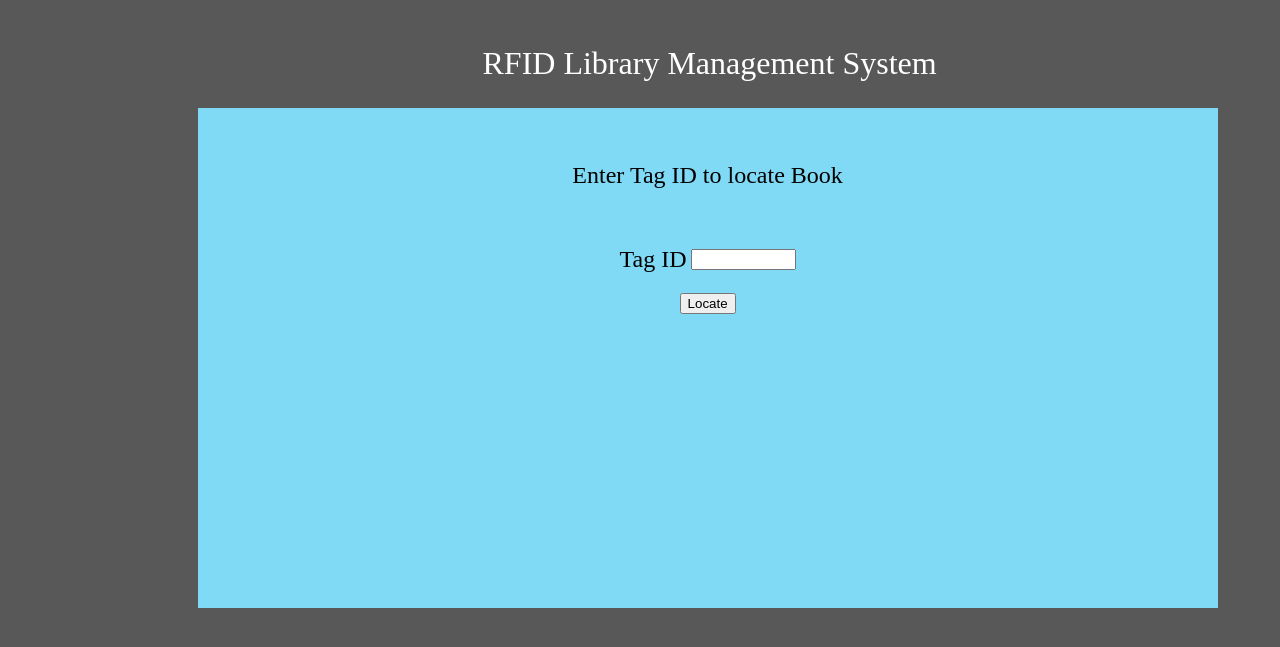
Repository: vigineshs/A-Smart-Data-Analyzer-for-Library-Management-System
Page: http://localhost/librarymgmt/locate.jsp
The author's editor kept a copy of each file at every save. The page is drawn from the files as they stood at one save, then again after the next save.
The browser window is 1280 px wide. The pictures show the whole page.
The page is served by Tomcat 9.

Above is the page before, as saved 2013-02-10 12:14:08.

After the next save:
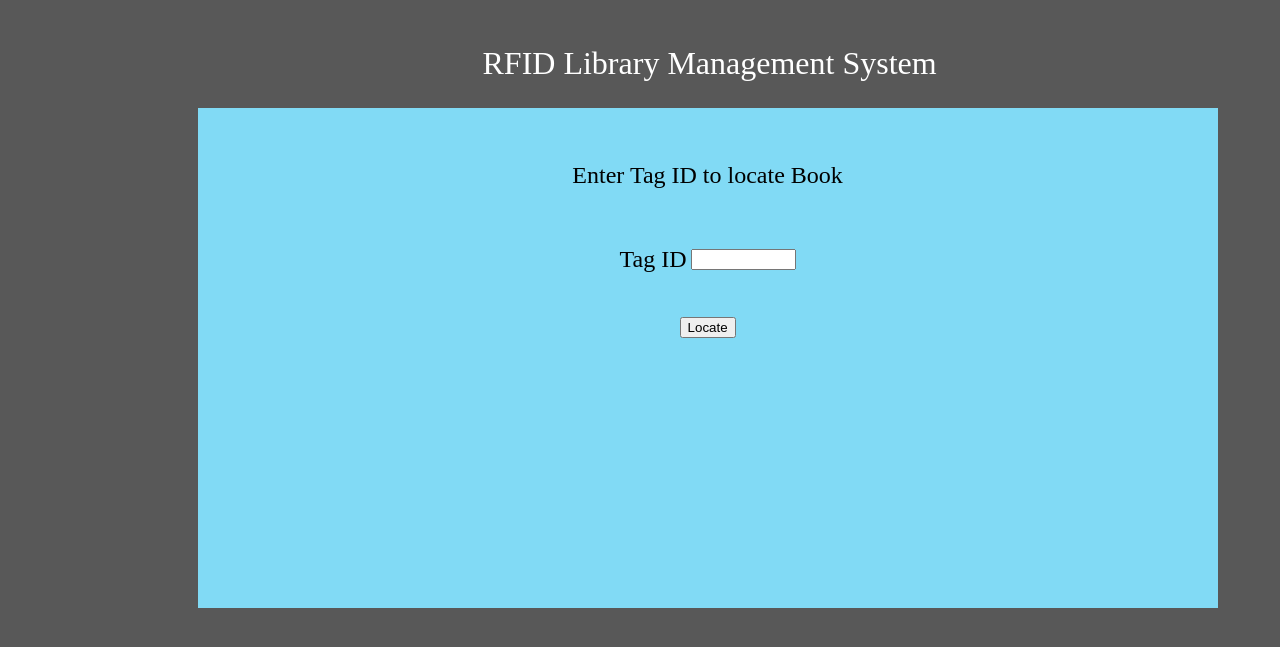
Saved 8 s later.
--- a/PassiveRFID/CS203-Version 1.0.6/Demo Applications/Dot Net C#/Demo Applications Source Code/RFID/librarymgmt/WebContent/locate.jsp
+++ b/PassiveRFID/CS203-Version 1.0.6/Demo Applications/Dot Net C#/Demo Applications Source Code/RFID/librarymgmt/WebContent/locate.jsp
@@ -30,7 +30,7 @@ Enter Tag ID to locate Book</center>
 	<center>
 <table>
 <tr><td>Tag ID</td><td><input type=text size=10 name="tag" /></td></tr>
-<tr><td></td><td></td></tr><tr><td></td><td></td></tr><tr><td></td><td></td></tr><tr><td></td><td></td></tr>
+<tr><td></td><td></td></tr><tr><td></td><td></td></tr><tr><td></td><td></td></tr><tr><td></td><td></td></tr><tr><td></td><td></td></tr><tr><td></td><td></td></tr><tr><td></td><td></td></tr><tr><td></td><td></td></tr><tr><td></td><td></td></tr><tr><td></td><td></td></tr>
 <tr  ><td colspan="2"><center><input type=submit value=Locate /></center></td></tr>
 </table></center>
 </form>
